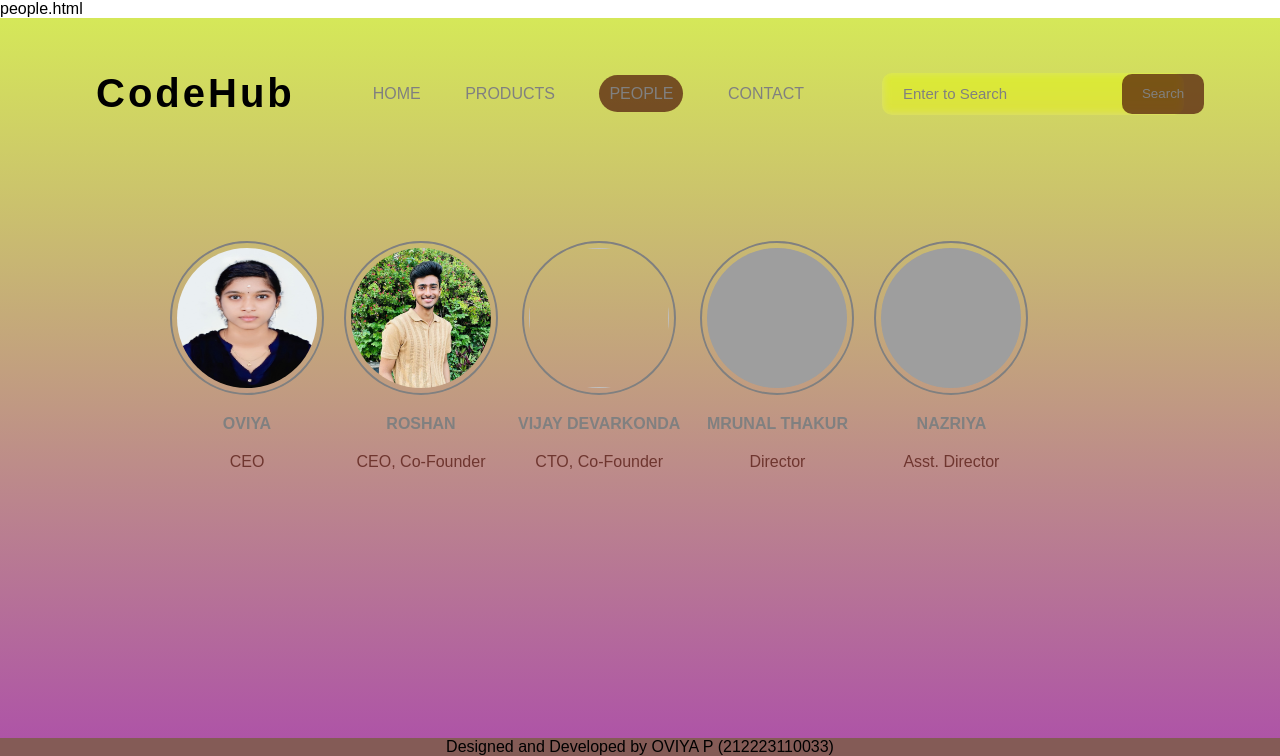
Repository: Oviya24032K6/softweb
Page: oviya/softapp/static/people.html
An editor plug-in stored every save of this project. The page is shown before and after the next save, followed by the edit.
The browser window is 1280 px wide. The pictures show the whole page.
Pictures or frames that could not be fetched are drawn as grey boxes.

Above is the page before, as saved 2024-04-24 05:53:01.
Not found: oviya/softapp/static/vijay devarkonda.jpgh

After the next save:
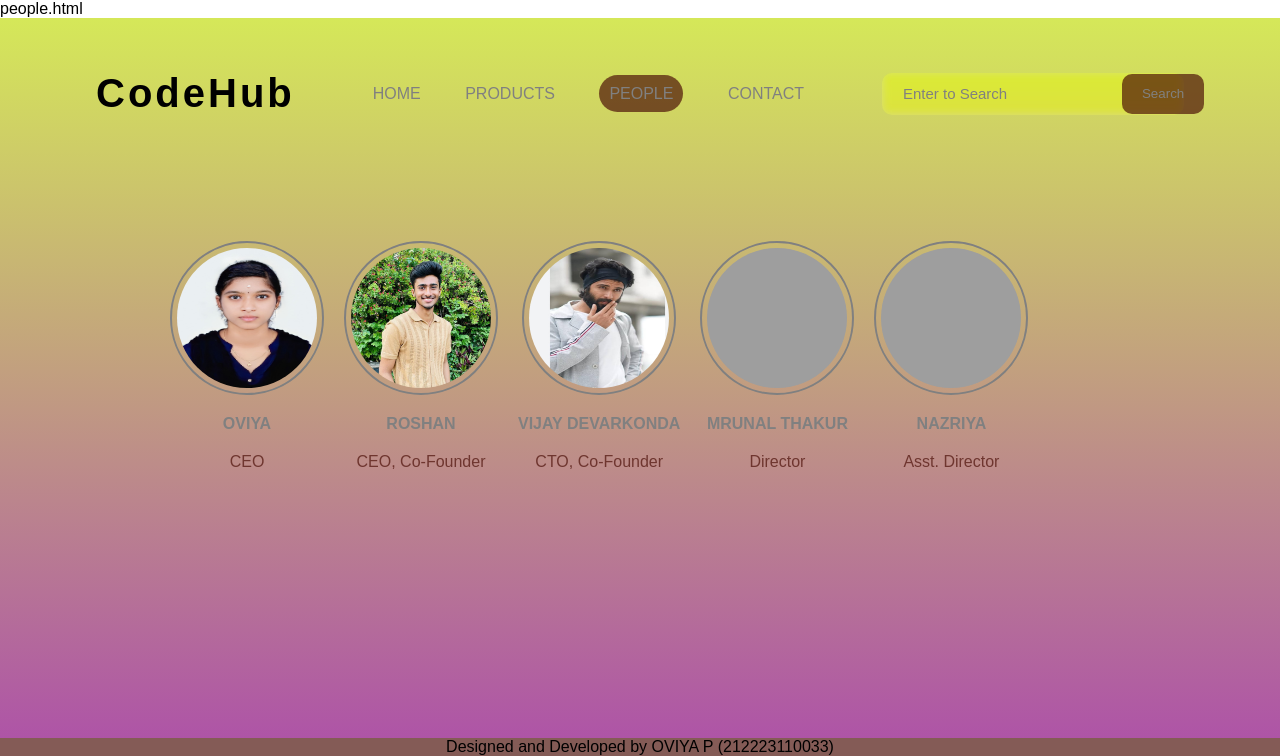
Saved 24 s later.
--- a/oviya/softapp/static/people.html
+++ b/oviya/softapp/static/people.html
@@ -143,7 +143,7 @@ people.html
                 <tr align="center">
                     <td> <img src="oviya.p.jpg"> </td>
                     <td> <img src="roshhhh.jpg"> </td>
-                    <td> <img src="vijay devarkonda.jpgh"> </td>
+                    <td> <img src="vijay devarkonda.jpg"> </td>
                     <td> <img src="Murnal takur.jpeg"> </td>
                     <td> <img src="kalidas.jpeg"> </td>
                 </tr>
